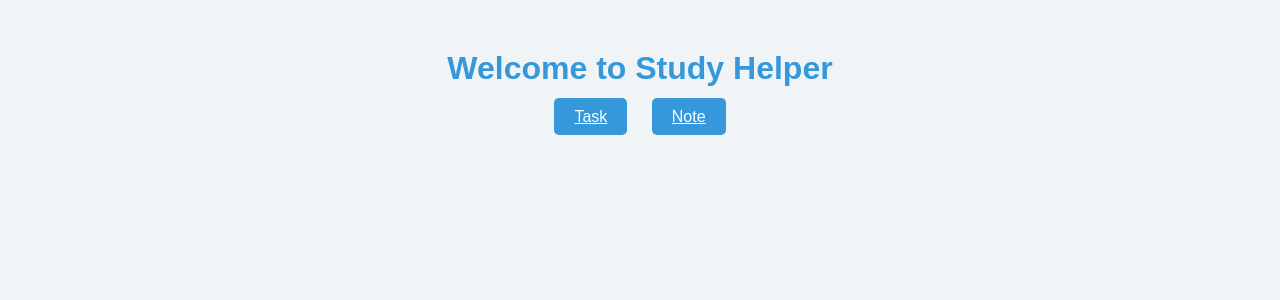
Repository: Oriyin/Algorithm_StudyHelper
Page: http://localhost/
An editor plug-in stored every save of this project. The page is shown before and after the next save, followed by the edit.
The browser window is 1280 px wide. The pictures show the whole page.
The page is served by the project's application, run on Flask 3 (backend/app.py).

Above is the page before, as saved 2024-10-11 10:33:00.

After the next save:
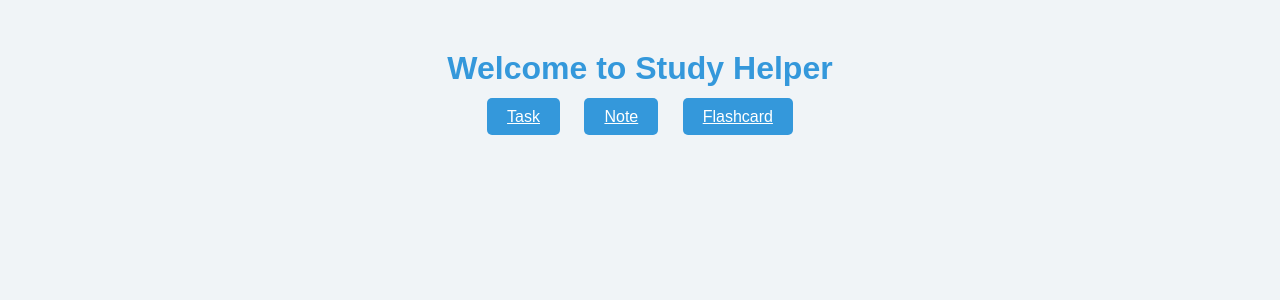
Saved 93 s later.
--- a/templates/index.html
+++ b/templates/index.html
@@ -12,6 +12,8 @@
         <div class="button-container">
             <a href="{{ url_for('manage_tasks') }}" class="btn">Task</a>
             <a href="{{ url_for('manage_notes') }}" class="btn">Note</a>
+            <!-- Add the Flashcard link here -->
+            <a href="{{ url_for('manage_flashcards') }}" class="btn">Flashcard</a>
         </div>
     </div>
 </body>
